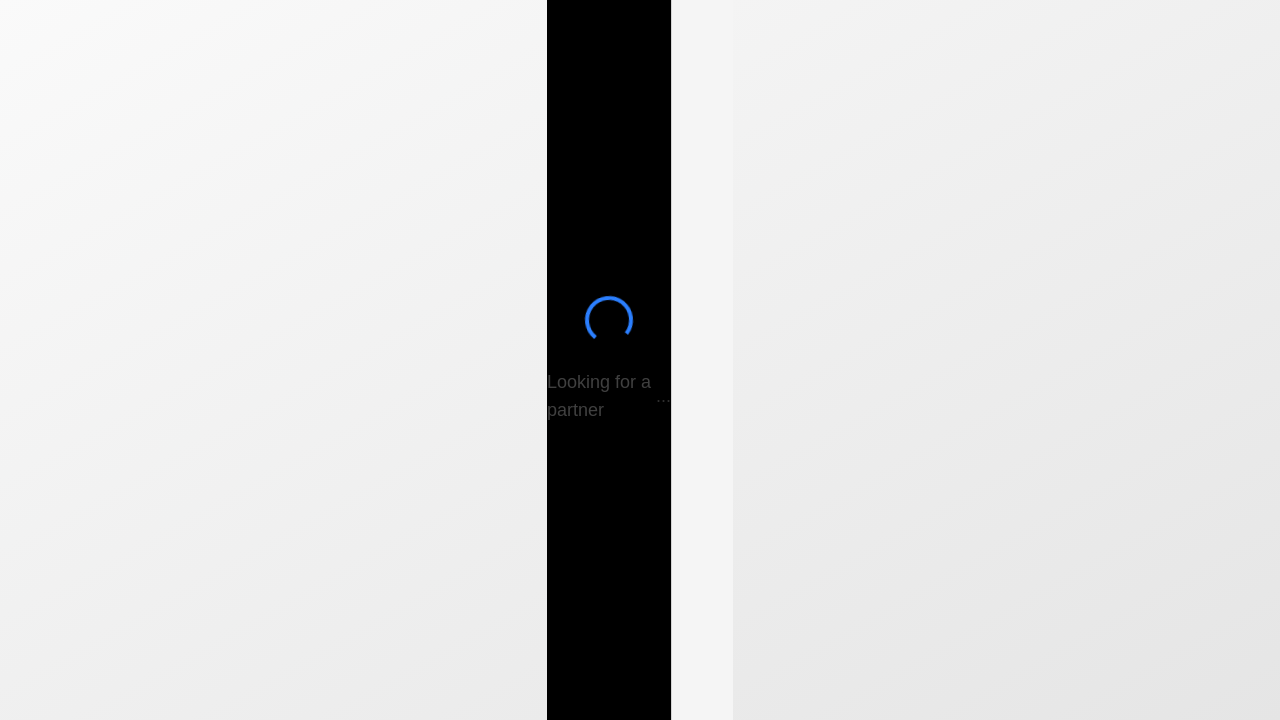
Repository: akanksha653/connectify
Page: /anonymous
The author's editor kept a copy of each file at every save. The page is drawn from the files as they stood at one save, then again after the next save.
The browser window is 1280 px wide. The pictures show the whole page.
The page's requests for data from a server got no answer. The project was rebuilt for these pictures with package versions that can differ from the ones it lists, and the page was loaded fresh each time. The framework's server and built-in components were replaced by stand-ins that run in the browser. No one was signed in, and anything a server would have sent is missing. Also part of the build but not shown: next.config.ts, components/video/LocalVideo.tsx, components/video/RemoteVideo.tsx, components/chat/Message.tsx, components/chat/ChatBox.tsx.

Above is the page before, as saved 2025-07-12 11:55:58.

### src/app/anonymous/page.tsx
"use client";

import React from "react";
// Update the import path below to the correct relative path if needed
import AnonymousChatRoom from "../../../features/anonymousChat/components/AnonymousChatRoom";

export default function AnonymousPage() {
  return (
    <main className="flex min-h-screen flex-col items-center justify-center bg-gradient-to-br from-neutral-50 to-neutral-200 dark:from-neutral-900 dark:to-neutral-800 px-4">
      <AnonymousChatRoom />
    </main>
  );
}

### features/anonymousChat/components/AnonymousChatRoom.tsx
"use client";

import React, { useEffect, useState, useCallback } from "react";
import useWebRTC from "../hooks/useWebRTC";
import useSocket from "../hooks/useSocket";
import LocalVideo from "../../../components/video/LocalVideo";
import RemoteVideo from "../../../components/video/RemoteVideo";
import ChatBox from "../../../components/chat/ChatBox";
import FindingPartner from "./FindingPartner";

export default function AnonymousChatRoom() {
  const [roomId, setRoomId] = useState<string | null>(null);
  const [isOfferer, setIsOfferer] = useState<boolean | null>(null);
  const [loading, setLoading] = useState(true);

  const socket = useSocket();

  // ✅ Initialize WebRTC only when roomId & isOfferer are assigned
  const { localStream, remoteStream } = useWebRTC(roomId, isOfferer);

  /**
   * ✅ Handle 'matched' event from server with useCallback
   */
  const handleMatched = useCallback(
    ({
      roomId,
      partnerId,
      isOfferer,
    }: {
      roomId: string;
      partnerId: string;
      isOfferer: boolean;
    }) => {
      console.log("🎉 Matched in room:", roomId, "Offerer:", isOfferer);
      setRoomId(roomId);
      setIsOfferer(isOfferer);

      // ✅ Join assigned room after server matching
      socket?.emit("join-room", roomId);
    },
    [socket]
  );

  /**
   * ✅ Register matched event listener
   */
  useEffect(() => {
    if (!socket) return;

    socket.off("matched", handleMatched); // Prevent duplicate listeners
    socket.on("matched", handleMatched);

    return () => {
      socket.off("matched", handleMatched);
    };
  }, [socket, handleMatched]);

  /**
   * ✅ Listen for socket connect/disconnect for stability
   */
  useEffect(() => {
    if (!socket) return;

    const handleDisconnect = () => {
      console.log("⚠️ Disconnected from socket server");
      setLoading(true);
    };

    const handleConnect = () => {
      console.log("✅ Connected to socket server:", socket.id);
    };

    socket.on("disconnect", handleDisconnect);
    socket.on("connect", handleConnect);

    return () => {
      socket.off("disconnect", handleDisconnect);
      socket.off("connect", handleConnect);
    };
  }, [socket]);

  /**
   * ✅ Update loading state when remote stream arrives
   */
  useEffect(() => {
    if (remoteStream) {
      setLoading(false);
    }
  }, [remoteStream]);

  /**
   * ✅ Leave room on unmount for cleanup
   */
  useEffect(() => {
    return () => {
      if (socket && roomId) {
        socket.emit("leave-room", roomId);
        console.log("👋 Left room:", roomId);
      }
    };
  }, [socket, roomId]);

  return (
    <div className="flex flex-col md:flex-row h-screen">
      {/* Video Section */}
      <div className="flex-1 bg-black flex items-center justify-center relative">
        {loading ? (
          <FindingPartner />
        ) : (
          <>
            <div className="absolute bottom-4 right-4 w-40 h-40 border-2 border-white rounded-md overflow-hidden">
              {localStream ? (
                <LocalVideo stream={localStream} />
              ) : (
                <div className="text-white text-sm">Loading camera...</div>
              )}
            </div>
            <RemoteVideo stream={remoteStream} />
          </>
        )}
      </div>

      {/* Chat Section */}
      <div className="md:w-1/3 bg-neutral-100 dark:bg-neutral-800 border-l border-neutral-300 dark:border-neutral-700 flex flex-col">
        {roomId && <ChatBox socket={socket} roomId={roomId} />}
      </div>
    </div>
  );
}

### features/anonymousChat/hooks/useWebRTC.ts
// features/anonymousChat/hooks/useWebRTC.ts

import { useEffect, useRef, useState } from "react";
import { io, Socket } from "socket.io-client";

const SOCKET_URL = process.env.NEXT_PUBLIC_SOCKET_URL;

export default function useWebRTC(roomId: string | null, isOfferer: boolean | null) {
  const [remoteStream, setRemoteStream] = useState<MediaStream | null>(null);
  const [localStream, setLocalStream] = useState<MediaStream | null>(null);
  const peerConnectionRef = useRef<RTCPeerConnection | null>(null);
  const socketRef = useRef<Socket | null>(null);

  const iceServers = {
    iceServers: [
      { urls: "stun:stun.l.google.com:19302" },
      { urls: "stun:stun1.l.google.com:19302" },
      // 🔒 Add TURN servers for production behind NAT/firewalls
    ],
  };

  useEffect(() => {
    if (!roomId || isOfferer === null) {
      console.log("⏳ Waiting for server-assigned roomId and role...");
      return;
    }

    const init = async () => {
      if (!SOCKET_URL) {
        console.error("❌ NEXT_PUBLIC_SOCKET_URL is not defined");
        return;
      }

      try {
        // ✅ Connect to signaling server
        socketRef.current = io(SOCKET_URL, {
          transports: ["websocket"],
        });

        socketRef.current.on("connect", () => {
          console.log("✅ Connected to socket server:", socketRef.current?.id);
        });

        // ✅ Get local media stream immediately
        const stream = await navigator.mediaDevices.getUserMedia({ video: true, audio: true });
        setLocalStream(stream);
        console.log("📷 Obtained local media stream");

        // ✅ Create RTCPeerConnection
        peerConnectionRef.current = new RTCPeerConnection(iceServers);
        console.log("🔧 Created RTCPeerConnection");

        // ✅ Add local tracks to peer connection
        stream.getTracks().forEach((track) => {
          peerConnectionRef.current?.addTrack(track, stream);
        });

        // ✅ Handle remote stream
        peerConnectionRef.current.ontrack = (event) => {
          console.log("📡 Received remote stream track");
          setRemoteStream(event.streams[0]);
        };

        // ✅ Monitor connection state
        peerConnectionRef.current.onconnectionstatechange = () => {
          console.log("🔗 Connection state:", peerConnectionRef.current?.connectionState);
        };

        // ✅ Handle ICE candidates generated locally
        peerConnectionRef.current.onicecandidate = (event) => {
          if (event.candidate) {
            console.log("📤 Sending ICE candidate");
            socketRef.current?.emit("ice-candidate", { candidate: event.candidate, roomId });
          }
        };

        // ✅ Join room and wait for confirmation before offer creation
        socketRef.current.emit("join-room", roomId);

        socketRef.current.on("joined-room", async (joinedRoomId) => {
          console.log("🏠 Successfully joined room:", joinedRoomId);

          if (isOfferer) {
            console.log("📞 Creating offer...");
            const offer = await peerConnectionRef.current!.createOffer();
            await peerConnectionRef.current!.setLocalDescription(offer);
            socketRef.current?.emit("offer", { offer, roomId });
            console.log("📤 Sent offer:", offer);
          }
        });

        // ✅ Listen for offer
        socketRef.current.on("offer", async ({ offer }) => {
          console.log("📩 Received offer:", offer);
          await peerConnectionRef.current!.setRemoteDescription(new RTCSessionDescription(offer));
          const answer = await peerConnectionRef.current!.createAnswer();
          await peerConnectionRef.current!.setLocalDescription(answer);
          socketRef.current?.emit("answer", { answer, roomId });
          console.log("📤 Sent answer:", answer);
        });

        // ✅ Listen for answer
        socketRef.current.on("answer", async ({ answer }) => {
          console.log("📩 Received answer:", answer);
          await peerConnectionRef.current!.setRemoteDescription(new RTCSessionDescription(answer));
        });

        // ✅ Listen for ICE candidates from remote peer
        socketRef.current.on("ice-candidate", async ({ candidate }) => {
          console.log("📩 Received ICE candidate:", candidate);
          try {
            await peerConnectionRef.current!.addIceCandidate(new RTCIceCandidate(candidate));
          } catch (error) {
            console.error("❌ Error adding received ICE candidate:", error);
          }
        });

      } catch (error) {
        console.error("❌ Failed to initialize WebRTC:", error);
      }
    };

    init();

    return () => {
      console.log("🧹 Cleaning up WebRTC and socket connections");
      peerConnectionRef.current?.close();
      localStream?.getTracks().forEach((track) => track.stop());
      socketRef.current?.disconnect();
    };
  }, [roomId, isOfferer]);

  return { localStream, remoteStream };
}

### features/anonymousChat/hooks/useSocket.ts
// features/anonymousChat/hooks/useSocket.ts

import { useEffect, useState } from "react";
import { io, Socket } from "socket.io-client";

const SOCKET_URL = process.env.NEXT_PUBLIC_SOCKET_URL;

export default function useSocket(): Socket | null {
  const [socket, setSocket] = useState<Socket | null>(null);

  useEffect(() => {
    if (!SOCKET_URL) {
      console.error("❌ NEXT_PUBLIC_SOCKET_URL is not defined");
      return;
    }

    const newSocket = io(SOCKET_URL, {
      transports: ["websocket"],
      reconnectionAttempts: 3,
      reconnectionDelay: 1000,
      forceNew: true, // ✅ ensures fresh connection per hook usage
    });

    newSocket.on("connect", () => {
      console.log("✅ Connected to socket server:", newSocket.id);
    });

    newSocket.on("disconnect", () => {
      console.log("❌ Disconnected from socket server");
    });

    newSocket.on("connect_error", (err) => {
      console.error("⚠️ Socket connection error:", err.message);
    });

    setSocket(newSocket);

    return () => {
      newSocket.disconnect();
    };
  }, []);

  return socket;
}

### features/anonymousChat/components/FindingPartner.tsx
"use client";

import React from "react";

export default function FindingPartner() {
  return (
    <div className="flex flex-col items-center justify-center h-full py-20">
      {/* Spinner */}
      <div
        className="w-12 h-12 border-4 border-blue-500 border-t-transparent rounded-full animate-spin mb-6"
        role="status"
        aria-label="Loading spinner"
      ></div>

      {/* Animated loading text */}
      <p className="text-neutral-700 dark:text-neutral-300 text-lg flex items-center">
        Looking for a partner
        <span className="ml-1 animate-pulse">...</span>
      </p>
    </div>
  );
}

### components/common/Button.tsx
"use client";

import React from "react";
import { cn } from "@/utils/cn";

interface ButtonProps extends React.ButtonHTMLAttributes<HTMLButtonElement> {
  label: string;
  icon?: React.ReactNode;
  loading?: boolean;
  variant?: "start" | "stop" | "primary";
}

export default function Button({
  label,
  icon,
  loading = false,
  disabled,
  className,
  variant = "primary",
  ...props
}: ButtonProps) {
  const baseStyle =
    "inline-flex items-center justify-center text-white px-4 py-2 rounded-md text-sm font-medium transition disabled:opacity-50 disabled:cursor-not-allowed focus:outline-none focus:ring-2 focus:ring-offset-2";

  const variantStyle = {
    start:
      "bg-green-600 hover:bg-green-700 focus:ring-green-500",
    stop:
      "bg-red-600 hover:bg-red-700 focus:ring-red-500",
    primary:
      "bg-blue-600 hover:bg-blue-700 focus:ring-blue-500",
  };

  return (
    <button
      disabled={disabled || loading}
      {...props}
      className={cn(baseStyle, variantStyle[variant], className)}
    >
      {loading ? (
        <svg
          className="animate-spin h-4 w-4 mr-2 text-white"
          xmlns="http://www.w3.org/2000/svg"
          fill="none"
          viewBox="0 0 24 24"
        >
          <circle
            className="opacity-25"
            cx="12"
            cy="12"
            r="10"
            stroke="currentColor"
            strokeWidth="4"
          ></circle>
          <path
            className="opacity-75"
            fill="currentColor"
            d="M4 12a8 8 0 018-8v4l3-3-3-3v4a8 8 0 018 8h-4l3 3 3-3h-4a8 8 0 01-8 8z"
          ></path>
        </svg>
      ) : icon ? (
        <span className="mr-2">{icon}</span>
      ) : null}
      {label}
    </button>
  );
}

### src/utils/cn.ts
import { clsx } from "clsx";
import { twMerge } from "tailwind-merge";

/**
 * Combines Tailwind classes intelligently with clsx and tailwind-merge
 */
export function cn(...inputs: any[]) {
  return twMerge(clsx(inputs));
}

Loaded but not shown: src/app/layout.tsx (common file); src/app/globals.css (common file)

After the next save:
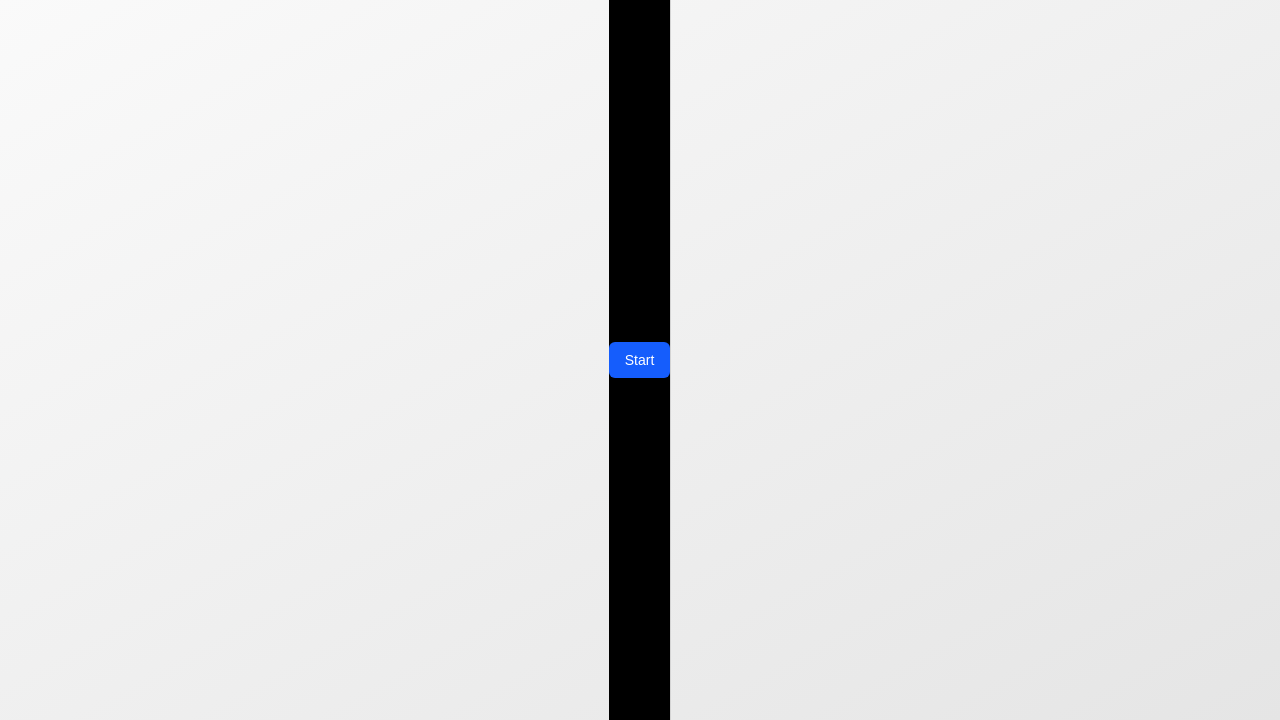
Saved 82 min 12 s later.
--- a/features/anonymousChat/components/AnonymousChatRoom.tsx
+++ b/features/anonymousChat/components/AnonymousChatRoom.tsx
@@ -7,19 +7,21 @@ import LocalVideo from "../../../components/video/LocalVideo";
 import RemoteVideo from "../../../components/video/RemoteVideo";
 import ChatBox from "../../../components/chat/ChatBox";
 import FindingPartner from "./FindingPartner";
+import Button from "../../../components/common/Button";
 
 export default function AnonymousChatRoom() {
   const [roomId, setRoomId] = useState<string | null>(null);
   const [isOfferer, setIsOfferer] = useState<boolean | null>(null);
-  const [loading, setLoading] = useState(true);
+  const [loading, setLoading] = useState(false);
+  const [chatStarted, setChatStarted] = useState(false);
 
   const socket = useSocket();
 
   // ✅ Initialize WebRTC only when roomId & isOfferer are assigned
-  const { localStream, remoteStream } = useWebRTC(roomId, isOfferer);
+  const { localStream, remoteStream, stopWebRTC } = useWebRTC(roomId, isOfferer);
 
   /**
-   * ✅ Handle 'matched' event from server with useCallback
+   * ✅ Handle 'matched' event from server
    */
   const handleMatched = useCallback(
     ({
@@ -34,6 +36,7 @@ export default function AnonymousChatRoom() {
       console.log("🎉 Matched in room:", roomId, "Offerer:", isOfferer);
       setRoomId(roomId);
       setIsOfferer(isOfferer);
+      setLoading(false);
 
       // ✅ Join assigned room after server matching
       socket?.emit("join-room", roomId);
@@ -56,7 +59,7 @@ export default function AnonymousChatRoom() {
   }, [socket, handleMatched]);
 
   /**
-   * ✅ Listen for socket connect/disconnect for stability
+   * ✅ Listen for socket connect/disconnect
    */
   useEffect(() => {
     if (!socket) return;
@@ -89,25 +92,66 @@ export default function AnonymousChatRoom() {
   }, [remoteStream]);
 
   /**
-   * ✅ Leave room on unmount for cleanup
+   * ✅ Leave room on unmount
    */
   useEffect(() => {
     return () => {
       if (socket && roomId) {
         socket.emit("leave-room", roomId);
         console.log("👋 Left room:", roomId);
+        stopWebRTC();
       }
     };
-  }, [socket, roomId]);
+  }, [socket, roomId, stopWebRTC]);
+
+  /**
+   * ✅ Start chat handler
+   */
+  const handleStart = () => {
+    setLoading(true);
+    setChatStarted(true);
+    socket?.emit("find-partner");
+    console.log("🔍 Looking for partner...");
+  };
+
+  /**
+   * ✅ Stop chat handler
+   */
+  const handleStop = () => {
+    if (roomId) {
+      socket?.emit("leave-room", roomId);
+      console.log("🛑 Stopped chat, left room:", roomId);
+    }
+    stopWebRTC();
+    setRoomId(null);
+    setIsOfferer(null);
+    setChatStarted(false);
+    setLoading(false);
+  };
+
+  /**
+   * ✅ Skip partner handler
+   */
+  const handleSkip = () => {
+    console.log("⏭️ Skipping to next partner...");
+    handleStop(); // Leave current room & cleanup
+    handleStart(); // Find next partner
+  };
 
   return (
     <div className="flex flex-col md:flex-row h-screen">
       {/* Video Section */}
       <div className="flex-1 bg-black flex items-center justify-center relative">
-        {loading ? (
+        {!chatStarted ? (
+          <Button label="Start" onClick={handleStart} />
+        ) : loading ? (
           <FindingPartner />
         ) : (
           <>
+            <div className="absolute top-4 left-4 flex gap-2">
+              <Button label="Stop" onClick={handleStop} className="bg-red-600 hover:bg-red-700" />
+              <Button label="Skip" onClick={handleSkip} className="bg-yellow-600 hover:bg-yellow-700" />
+            </div>
             <div className="absolute bottom-4 right-4 w-40 h-40 border-2 border-white rounded-md overflow-hidden">
               {localStream ? (
                 <LocalVideo stream={localStream} />
